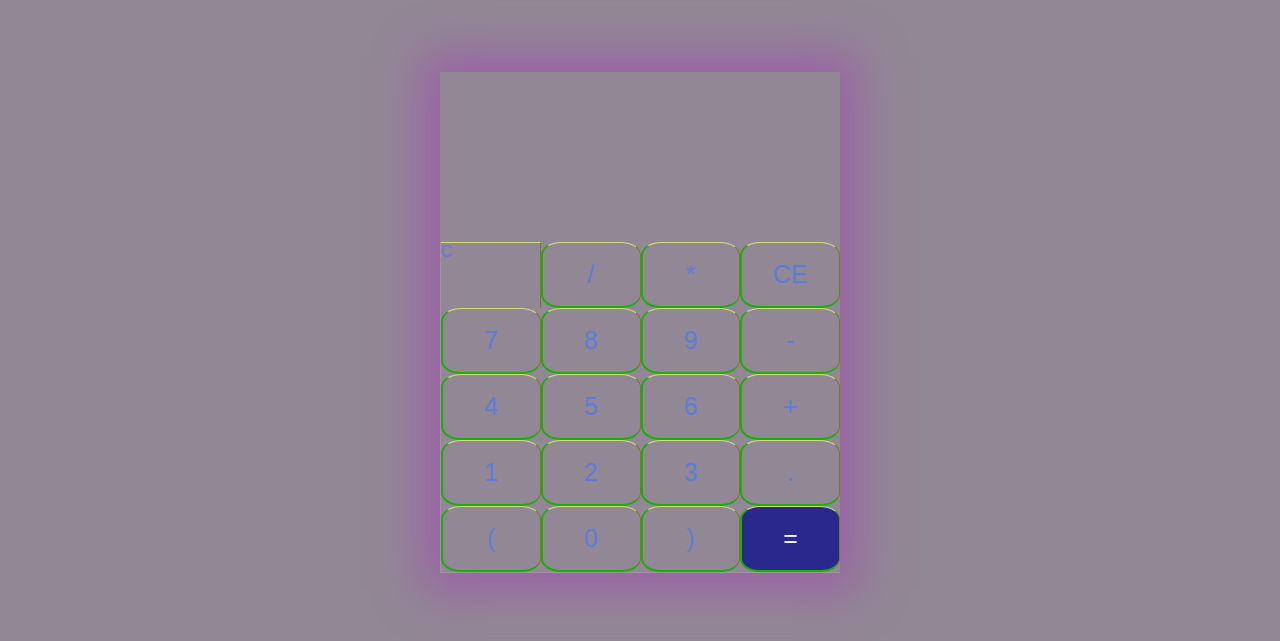
Repository: LuisMiLR/Calculatrice-with-JS---HTML---CSS-
Page: index.html
These files come from the project's save history. The page is drawn as it stood at one moment and after the next save; the edit follows.
The browser window is 1280 px wide. The pictures show the whole page.

Above is the page before, as saved 2023-03-20 21:35:50.

After the next save:
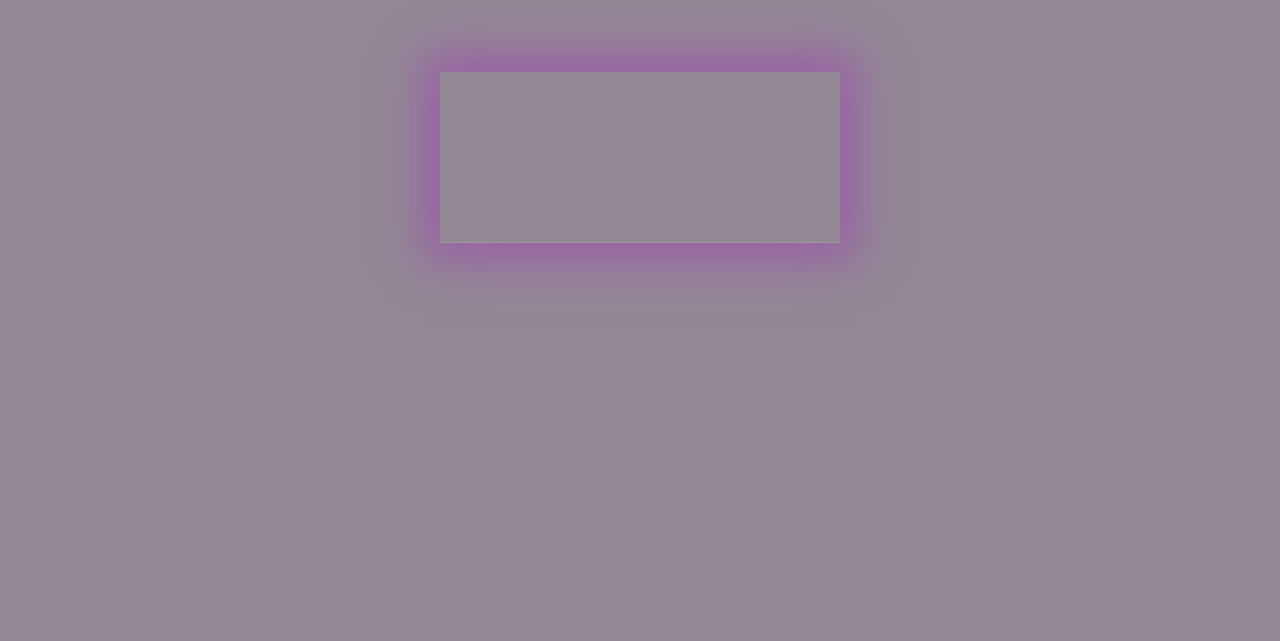
Console error: ReferenceError: button is not defined
Saved 10 s later.
--- a/app.js
+++ b/app.js
@@ -9,7 +9,7 @@ let buttons = document.createElement("div");
 buttons.classList.add("buttons");
 container.appendChild(buttons);
 
-const button = document.createElement('div');
+const buttton = document.createElement('div');
 button.id = 'bouton';
 button.className = "button";
 button.textContent = "C";
